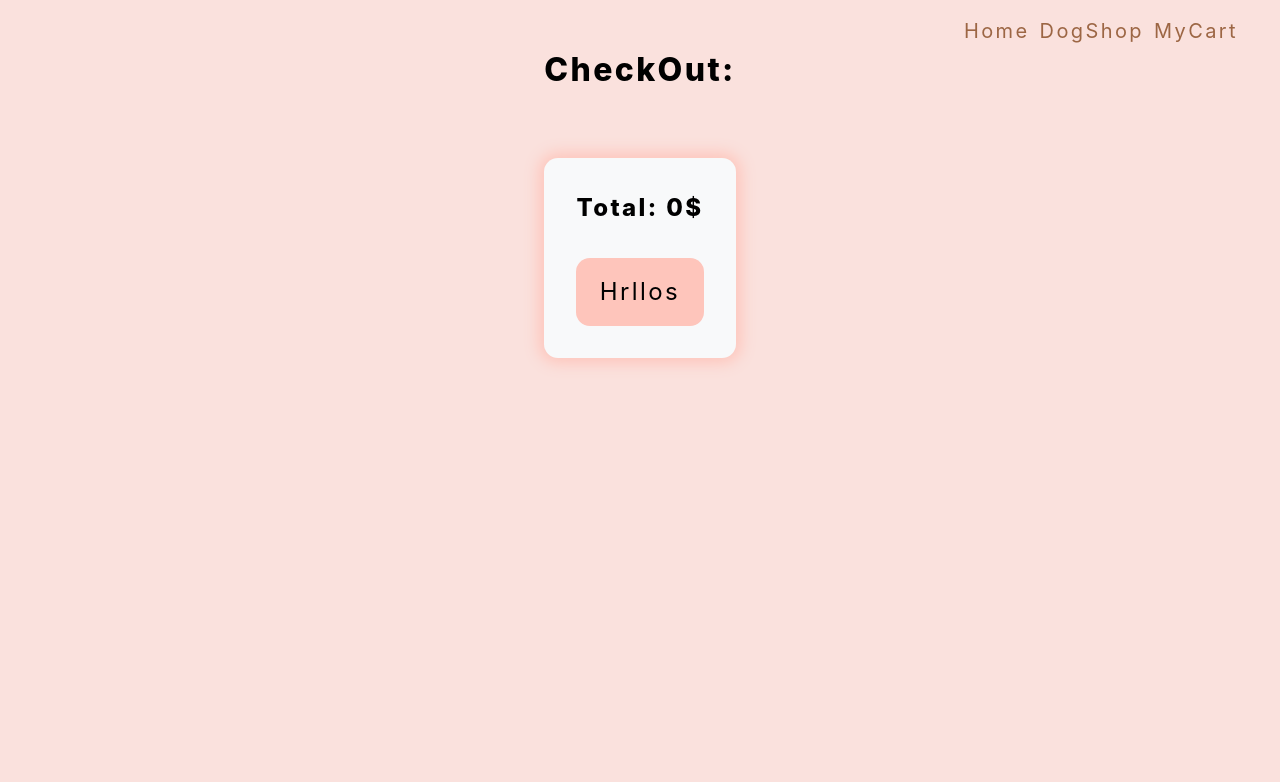
Repository: hoangbayern/dog_shop
Page: /cart (app in frontend/)
An editor plug-in stored every save of this project. The page is shown before and after the next save, followed by the edit.
The browser window is 1280 px wide. The pictures show the whole page.
The page's requests for data from a server got no answer. The project was rebuilt for these pictures with package versions that can differ from the ones it lists, and the page was loaded fresh each time. No one was signed in, and anything a server would have sent is missing. Also part of the build but not shown: frontend/src/components/Home/Home.jsx, frontend/src/components/Dogs/dogs.css, frontend/src/components/Dogs/DogsCart.jsx, frontend/src/components/Dogs/DogPage.jsx.

Above is the page before, as saved 2023-08-04 00:32:28.

### frontend/src/App.js
import "./App.css";
import { BrowserRouter, Routes, Route } from "react-router-dom";
import { Home } from "./components/Home/Home";
import { DogPage } from "./components/Dogs/DogPage";
import { MyCart } from "./components/Cart/MyCart";
import { Navbar } from "./components/Navbar/Navbar";
import { useEffect, useState } from "react";
import axios from "axios";
import { CartContext } from "./components/Contexts/CartContext";

function App() {
  const [allDogs, setAllDogs] = useState([]);
  const [myCart, addCart] = useState([]);
  const [total, setTotal] = useState(0);

  useEffect(() => {
    async function getUser() {
      try {
        const response = await axios.get("http://localhost:8080/v1/dogs");
        console.log(response);
        setAllDogs(response.data);
      } catch (error) {
        console.error(error);
      }
    }
    getUser();
  }, []);
  return (
    <>
      <CartContext.Provider value={{myCart, addCart, total, setTotal}}>
        <BrowserRouter>
          <Navbar />
          <div className="page-container">
            <Routes>
              <Route>
                <Route path="/" element={<Home />} />
                <Route path="/dogs" element={<DogPage allDogs={allDogs} />} />
                <Route path="/cart" element={<MyCart />} />
              </Route>
            </Routes>
          </div>
        </BrowserRouter>
      </CartContext.Provider>
    </>
  );
}

export default App;

### frontend/src/App.css
*,
*::before,
*::after {

  box-sizing: border-box;
  padding:0;
  margin: 0;
}

body {
  background-color: #fae1dd;
  min-height: 100vh;
  scroll-behavior: smooth;
  text-rendering: optimizeSpeed;
  line-height: 1.5;
  padding:1rem 2rem 1rem 2rem;
  font-size:1.25rem;
  letter-spacing: 0.15rem;
  font-family: 'Inter', sans-serif;
}

.page-container{
  display:flex;
  justify-content:center;
  height: 100vh;
}

### frontend/src/components/Cart/MyCart.jsx
import React, { useContext } from "react";
import { CartContext } from "../Contexts/CartContext";
import "./cart.css";

export const MyCart = () => {
  const { myCart } = useContext(CartContext);
  const { total } = useContext(CartContext);
  return (
    <>
      <section className="cart-container">
        <div className="cart-header">CheckOut:</div>
        <div className="cart-items">
          {myCart.map((item) => {
            return (
              <div className="cart-items">
                <img src={item.image} className="cart-item-img" alt="" />
                <span>{item.name}: {item.price}$</span>
              </div>
            );
          })}
          <div className="cart-total"> Total: {total}$ </div>
          <div className="cart-checkout">Hrllos</div>
        </div>
      </section>
    </>
  );
};

### frontend/src/components/Navbar/Navbar.jsx
import React from 'react'
import { Link } from 'react-router-dom'
import "./narbar.css";

export const Navbar = () => {
  return (
    <>
        <div className='navbar'>
            <Link to='/'> Home </Link>
            <Link to='/dogs'> DogShop </Link>
            <Link to='/cart'> MyCart </Link>
        </div>
    </>
  )
}

### frontend/src/components/Contexts/CartContext.js
import { createContext } from "react";

export const CartContext = createContext([{}]);

### frontend/src/components/Cart/cart.css
.cart-container {
    display: flex;
    flex-direction: column;
    align-items: center;
  }
  .cart-items {
    text-align: center;
    margin-top: 4rem;
    background-color: #f8f9fa;
    box-shadow: 0px 0px 15px 5px #fec5bb;
    border-radius: 14px;
    font-size: 1.5rem;
    padding: 2rem;
  }
  .cart-item {
    display: flex;
    align-items: center;
    margin-bottom: 3rem;
  }
  .cart-header {
    font-size: 2rem;
    font-weight: 800;
  }
  .cart-item-img {
    border-radius: 50%;
    object-fit: cover;
    width: 70px;
    height: 70px;
    margin: 0rem 2rem 0 0;
  }

  .cart-total {
    font-weight: 800;
  }
  .cart-checkout {
    border: none;
    background-color: #fec5bb;
    border-radius: 14px;
    padding: 1rem;
    margin-top: 2rem;
    cursor: pointer;
    font-size: 1.5rem;
    transition:200ms ease-in-out;
  }
  .cart-checkout:hover, .cart-gohome:hover{
    background-color: #ff8fa3;
  }

  .cart-gohome {
    border: none;
    background-color: white;
    border-radius: 14px;
    padding: 1rem;
    margin-top: 2rem;
    cursor: pointer;
    font-size: 1rem;
    transition:200ms ease-in-out;
  }

### frontend/src/components/Navbar/narbar.css
.navbar {
    display: flex;
    justify-content: end;
    flex-direction: row;
}
.navbar > * {
    padding-right: 10px;
    text-decoration: none;
    color: #9c6644;
}
.navbar > *:hover {
    color: #e76f51;
}

Loaded but not shown: frontend/src/index.js (common file)

After the next save:
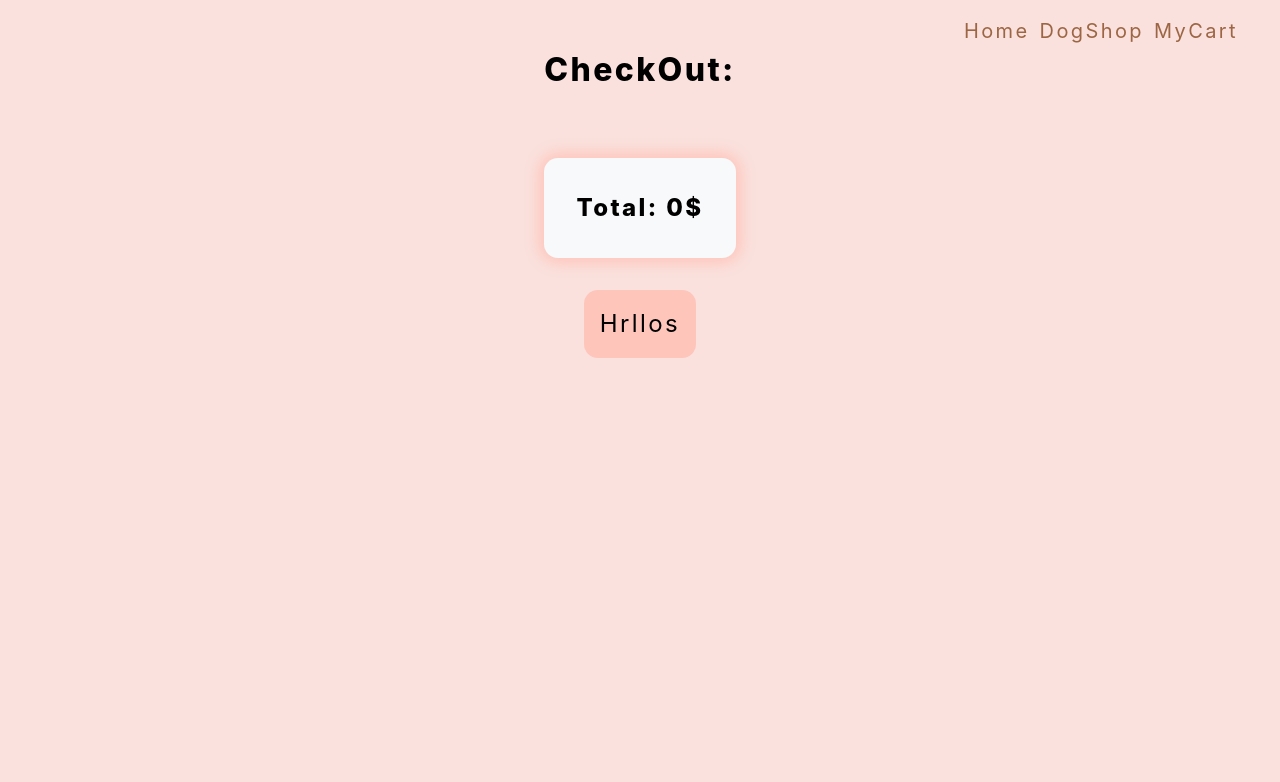
Saved 14 s later.
--- a/frontend/src/components/Cart/MyCart.jsx
+++ b/frontend/src/components/Cart/MyCart.jsx
@@ -19,8 +19,8 @@ export const MyCart = () => {
             );
           })}
           <div className="cart-total"> Total: {total}$ </div>
-          <div className="cart-checkout">Hrllos</div>
         </div>
+        <div className="cart-checkout">Hrllos</div>
       </section>
     </>
   );
